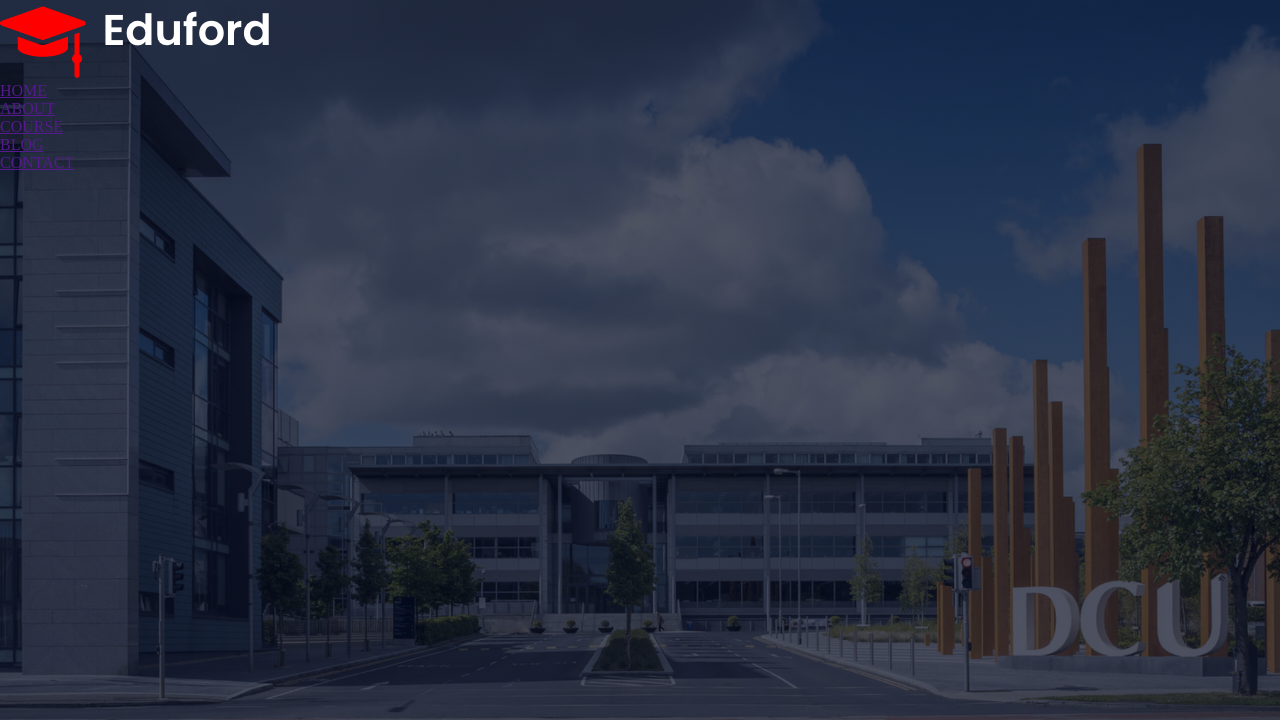
Repository: dewaary/company-profile
Page: index.html
These files come from the project's save history. The page is drawn as it stood at one moment and after the next save; the edit follows.
The browser window is 1280 px wide. The pictures show the whole page.

Above is the page before, as saved 2021-05-06 21:07:14.

### index.html
<!DOCTYPE html>
<html lang="en">
<head>
    <meta charset="UTF-8">
    <meta http-equiv="X-UA-Compatible" content="IE=edge">
    <meta name="viewport" content="width=device-width, initial-scale=1.0">
    <title>University Website Design</title>
    <link rel="stylesheet" href="style.css">
</head>
<body>

    <section class="header">
        <nav>
            <a href="index.html"><img src="images/logo.png"></a>
            <div class="nav-links">
                <ul>
                    <li><a href="">HOME</a></li>
                    <li><a href="">ABOUT</a></li>
                    <li><a href="">COURSE</a></li>
                    <li><a href="">BLOG</a></li>
                    <li><a href="">CONTACT</a></li>
                </ul>
            </div>
        </nav>
    </section>

</body>
</html>

### style.css
*{
    margin: 0;
    padding: 0;
}

.header{
    min-height: 100vh;
    width: 100%;
    background-image: linear-gradient(rgba(4,9,30,0.7),rgba(4,9,30,0.7)), url(images/banner.png);
    background-position: center;
    background-size: cover;
    position: relative;

}

After the next save:
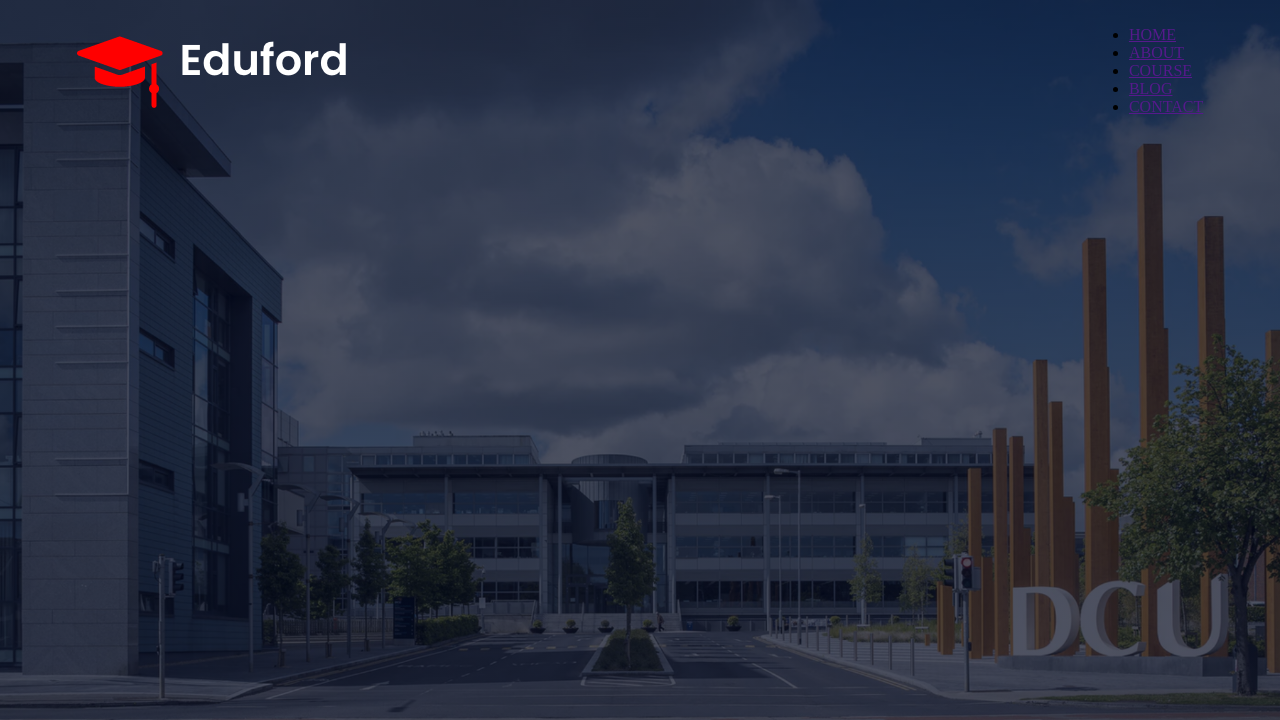
Saved 78 s later.
--- a/style.css
+++ b/style.css
@@ -12,3 +12,10 @@
     position: relative;
 
 }
+
+nav {
+    display: flex;
+    padding: 2% 6%;
+    justify-content: space-between;
+    align-items: center;
+}
